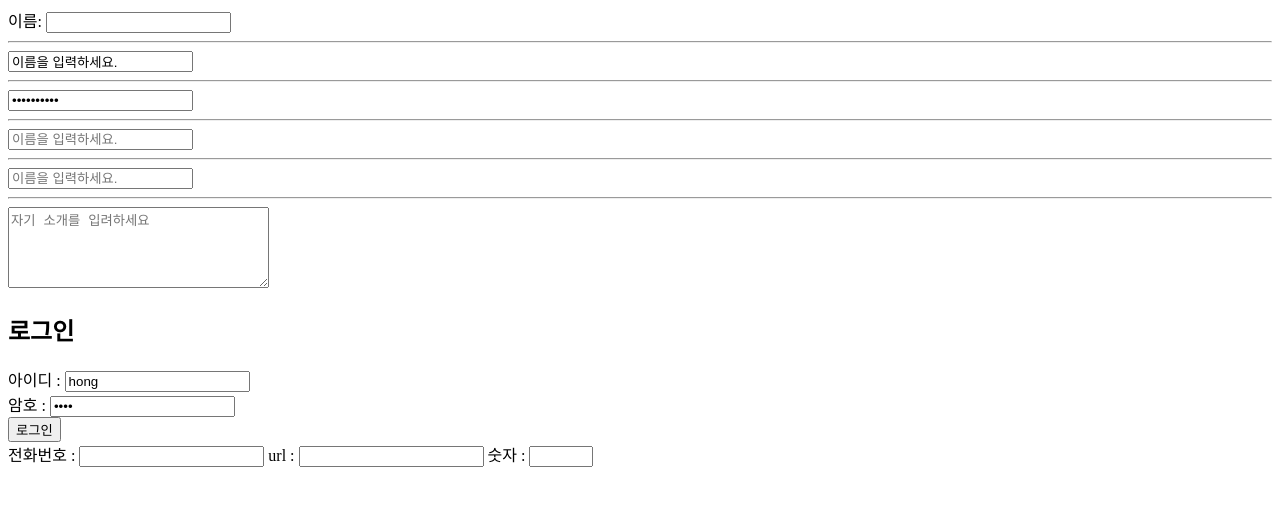
Repository: Hwang-97/HhwDesktop
Page: client/ClientTest/src/main/webapp/html/ex20_html5.html
These files come from the project's save history. The page is drawn as it stood at one moment and after the next save; the edit follows.
The browser window is 1280 px wide. The pictures show the whole page.

Above is the page before, as saved 2021-12-13 05:43:06.

### client/ClientTest/src/main/webapp/html/ex20_html5.html
<!DOCTYPE html>
<html>
<head>
<meta charset="UTF-8">
<title>Insert title here</title>
</head>
<body>
<form action="./ex20_ok.jsp">

이름: <input type="text">
<hr>

<input type="text" value ="이름을 입력하세요." onfocus= "this.value = '';">
<hr>

<input type="password" value ="이름을 입력하세요." onfocus= "this.value = '';">
<hr>

<input type="text" placeholder="이름을 입력하세요.">
<hr>

<input type="text" placeholder="이름을 입력하세요.">
<hr>

<textarea placeholder ="자기 소개를 입려하세요"cols="30"rows="5"></textarea>


<h2>로그인</h2>
아이디 : <input type = "text" required value="hong"><br>
암호 : <input type = "password" required value="1111"><br>
<input type="submit" value="로그인">


<br>
전화번호 : <input type = "tel">
url : <input type="url">
숫자 : <input type = "number" min="0" max="100" step="10">



</form>
</body>
</html>

After the next save:
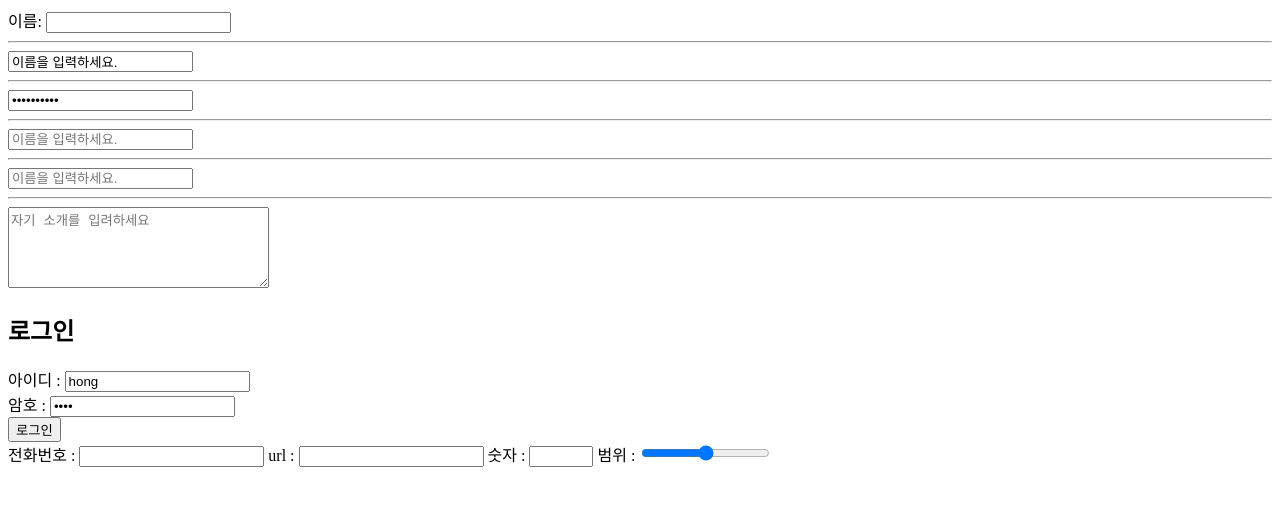
Saved 2 min 2 s later.
--- a/client/ClientTest/src/main/webapp/html/ex20_html5.html
+++ b/client/ClientTest/src/main/webapp/html/ex20_html5.html
@@ -35,7 +35,7 @@
 전화번호 : <input type = "tel">
 url : <input type="url">
 숫자 : <input type = "number" min="0" max="100" step="10">
-
+범위 : <input type = "range">
 
 
 </form>
